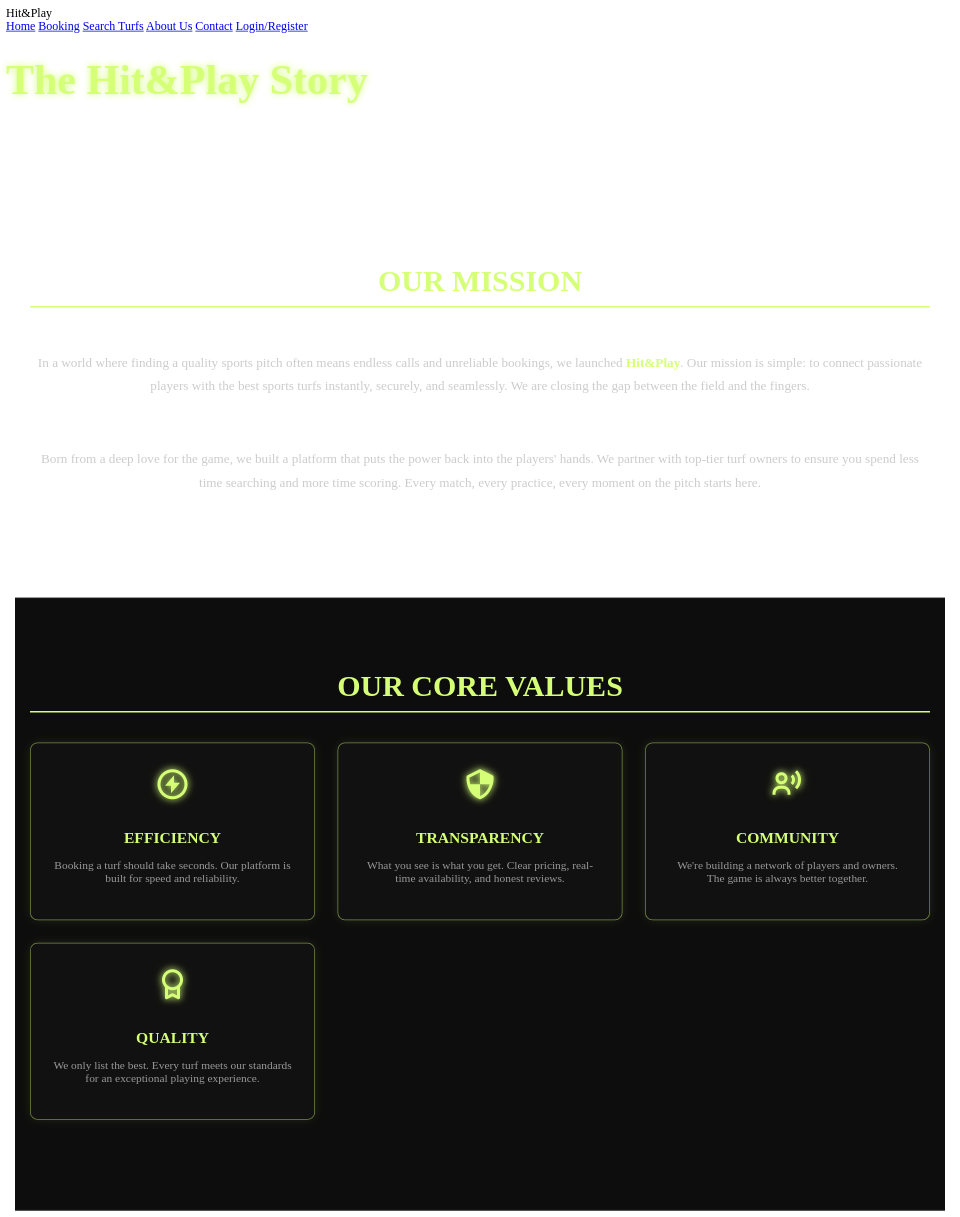
Repository: nilofar-nadaf/TurfBookingSystem
Page: http://localhost/aboutUs
These files come from the project's save history. The page is drawn as it stood at one moment and after the next save; the edit follows.
The browser window is 1280 px wide. The pictures show the whole page, at 75% of full size.
The page is this project's Thymeleaf template; nobody is signed in. The template is opened directly, without the code that normally fills it, so the values that code supplies are empty.

Above is the page before, as saved 2025-10-16 19:36:29.

### CricketTurfBooking/CricketTurfBookingSystem/src/main/resources/templates/aboutUs.html
<!DOCTYPE html>
<html lang="en" xmlns:th="http://www.thymeleaf.org">
<head>
    <meta charset="UTF-8">
    <meta name="viewport" content="width=device-width, initial-scale=1.0">
    <title>About Us - Hit&Play</title>
	<link rel="stylesheet" th:href="@{/css/aboutUs.css}">
    <link href='https://unpkg.com/boxicons@2.1.4/css/boxicons.min.css' rel='stylesheet'>
    <style>
        /*
        * ------------------------------------
        * Specific CSS for the About Us Page
        * ------------------------------------
        */

        /* General page layout adjustments */
        header {
            min-height: 250px; /* Shorter header for the sub-page */
            display: flex;
            flex-direction: column;
        }

        .header-content h1 {
            font-size: 3.5em;
            color: var(--primary-color); /* Neon green for the main title */
            margin-top: 30px;
            margin-bottom: 0;
            text-shadow: 0 0 10px var(--primary-color);
        }

        .about-section {
            padding: 60px 20px;
            max-width: 1200px;
            margin: 0 auto;
            color: var(--text-color);
        }

        .about-section h2 {
            font-size: 2.5rem;
            text-align: center;
            margin-bottom: 40px;
            color: var(--primary-color);
            text-transform: uppercase;
            border-bottom: 2px solid var(--primary-color);
            padding-bottom: 10px;
            display: inline-block;
            width: 100%;
        }

        /* --- Mission & Story Section --- */
        .story-container {
            display: flex;
            flex-direction: column;
            gap: 30px;
            text-align: center;
            margin-bottom: 60px;
        }

        .story-container p {
            font-size: 1.1rem;
            line-height: 1.8;
            color: #ccc;
        }

        .highlight-text {
            color: var(--primary-color);
            font-weight: 600;
        }

        /* --- Values Section --- */
        .values-grid {
            display: grid;
            grid-template-columns: repeat(auto-fit, minmax(280px, 1fr));
            gap: 30px;
            margin-bottom: 60px;
        }

        .value-card {
            background-color: var(--card-bg-color);
            border: 1px solid rgba(212, 255, 118, 0.5);
            border-radius: 10px;
            padding: 30px;
            text-align: center;
            transition: all 0.3s ease;
            box-shadow: 0 0 15px rgba(212, 255, 118, 0.1);
        }

        .value-card:hover {
            transform: translateY(-5px);
            border-color: var(--primary-color);
            box-shadow: 0 0 25px var(--shadow-color);
        }

        .value-card i {
            font-size: 3rem;
            color: var(--primary-color);
            margin-bottom: 15px;
            animation: neonGlow 1.5s ease-in-out infinite alternate;
        }

        .value-card h3 {
            font-size: 1.3rem;
            color: var(--primary-color);
            margin-bottom: 10px;
            text-transform: uppercase;
        }

        .value-card p {
            font-size: 0.95rem;
            color: #999;
        }

        /* Neon Glow Animation for icons */
        @keyframes neonGlow {
            from { text-shadow: 0 0 5px var(--primary-color); }
            to { text-shadow: 0 0 10px var(--primary-color), 0 0 20px rgba(212, 255, 118, 0.5); }
        }



    </style>
</head>
<body>

    <header>
        <nav>
            <div class="logo">Hit<span class="hit">&</span>Play</div>
            <div class="menu">
                <a th:href="@{/home}">Home</a>
                <a href="#">Booking</a>
                <a th:href="@{/searchTurf}">Search Turfs</a>
                <a th:href="@{/aboutUs}" >About Us</a>
                <a th:href="@{/contactUs}">Contact</a>
                <a th:href="@{/login}">Login/Register</a>
            </div>
        </nav>

        <div class="header-content">
            <h1>The Hit&Play Story</h1>
        </div>
    </header>

    <main>

        <section class="about-section">
            <h2>Our Mission</h2>
            <div class="story-container">
                <p>
                    In a world where finding a quality sports pitch often means endless calls and unreliable bookings, we launched <span class="highlight-text">Hit&Play</span>. Our mission is simple: to connect passionate players with the best sports turfs instantly, securely, and seamlessly. We are closing the gap between the field and the fingers.
                </p>
                <p>
                    Born from a deep love for the game, we built a platform that puts the power back into the players' hands. We partner with top-tier turf owners to ensure you spend less time searching and more time scoring. Every match, every practice, every moment on the pitch starts here.
                </p>
            </div>
        </section>

		<section class="about-section dark-bg">
            <h2>Our Core Values</h2>
            <div class="values-grid">

                <div class="value-card">
                    <i class='bx bx-bolt-circle'></i>
                    <h3>Efficiency</h3>
                    <p>Booking a turf should take seconds. Our platform is built for speed and reliability.</p>
                </div>

                <div class="value-card">
                    <i class='bx bx-shield-quarter'></i>
                    <h3>Transparency</h3>
                    <p>What you see is what you get. Clear pricing, real-time availability, and honest reviews.</p>
                </div>

                <div class="value-card">
                    <i class='bx bx-user-voice'></i>
                    <h3>Community</h3>
                    <p>We're building a network of players and owners. The game is always better together.</p>
                </div>

                <div class="value-card">
                    <i class='bx bx-award'></i>
                    <h3>Quality</h3>
                    <p>We only list the best. Every turf meets our standards for an exceptional playing experience.</p>
                </div>

            </div>
        </section>


    </main>

    </body>
</html>

### CricketTurfBooking/CricketTurfBookingSystem/src/main/resources/static/css/aboutUs.css
/* Custom properties based on your Home.css colors */
:root {
    --color-primary-dark: #333; /* Dark text for readability */
    --color-highlight: rgb(212, 255, 118); /* Your 'Hit' color */
    --color-background-light: #f9f9f9; /* Light background for content */
}

:root {
    --primary-color: rgb(212, 255, 118);  /* neon green highlight */
    --text-color: #fff;                   /* main text for dark sections */
    --card-bg-color: #111;                /* card background */
    --shadow-color: rgba(212, 255, 118, 0.5); /* shadow glow */
}


/* 1. Header and Navigation Adjustments */
.about-header {
    /* Set a shorter header height for content pages */
    height: 60vh;
    /* Keep the background style but maybe use a less intense image/gradient */
    background: linear-gradient(rgba(0, 0, 0, 0.7), rgba(0, 0, 0, 0.5));
    background-size: cover;
    background-position: center;
}

/* Highlight the active link in the menu */
.menu .active-link {
    border-bottom: 2px solid var(--color-highlight);
}

/* 2. Main Content Layout */
.about-container {
    max-width: 1100px;
    margin: 0 auto;
    padding: 3rem 1.5rem;
    background-color: #fff;
    font-family: 'Poppins', sans-serif;
}

.section {
    padding: 2rem 0;
}

.section-title {
    color: var(--color-primary-dark);
    font-size: 2.2rem;
    margin-bottom: 2.5rem;
    text-align: center;
    /* Use the highlight color as an underline accent */
    border-bottom: 4px solid var(--color-highlight);
    display: inline-block;
    padding-bottom: 5px;
    margin-left: auto;
    margin-right: auto;
    display: block;
}

.section-text {
    font-size: 1.1rem;
    margin-bottom: 2rem;
    text-align: center;
    max-width: 800px;
    margin-left: auto;
    margin-right: auto;
    color: #555;
}

hr {
    border: 0;
    height: 1px;
    background-color: #ddd;
    margin: 3rem 0;
}

/* 3. Purpose Section Cards */
.purpose-points {
    display: flex;
    justify-content: space-around;
    gap: 20px;
    flex-wrap: wrap;
}

.point-card {
    background-color: var(--color-background-light);
    padding: 25px;
    border-radius: 8px;
    box-shadow: 0 4px 10px rgba(0, 0, 0, 0.05);
    flex-basis: calc(33.33% - 20px);
    text-align: center;
    transition: transform 0.3s ease, box-shadow 0.3s ease;
    border-top: 5px solid var(--color-highlight); /* Accent border */
}

.point-card h3 {
    color: var(--color-primary-dark);
    font-size: 1.4rem;
    margin-bottom: 10px;
}

.point-card:hover {
    transform: translateY(-8px);
    box-shadow: 0 15px 30px rgba(0, 0, 0, 0.15);
}

/* 4. Benefit Section List */
.benefit-section ul {
    list-style: none;
    padding: 0;
    max-width: 700px;
    margin: 2rem auto;
}

.benefit-section li {
    background-color: #f0f0f0; /* Slight gray background */
    padding: 18px 25px;
    margin-bottom: 12px;
    border-radius: 6px;
    border-left: 5px solid var(--color-highlight);
    font-size: 1.05rem;
}
.benefit-section li strong {
    color: var(--color-primary-dark);
}

/* 5. Mission & Vision Section Cards */
.goals-container {
    display: flex;
    justify-content: center;
    gap: 40px;
    flex-wrap: wrap;
}

.goal-card {
    background-color: var(--color-primary-dark); /* Dark card background */
    color: #fff;
    padding: 40px;
    border-radius: 10px;
    box-shadow: 0 5px 15px rgba(0, 0, 0, 0.3);
    flex-basis: 45%;
    min-width: 300px;
    text-align: center;
    transition: transform 0.3s ease;
    border: 1px solid var(--color-highlight);
}

.goal-card:hover {
    transform: scale(1.03);
    box-shadow: 0 8px 20px rgba(212, 255, 118, 0.6); /* Highlight shadow on hover */
}

.card-icon {
    font-size: 3rem;
    margin-bottom: 15px;
    color: var(--color-highlight); /* Use your signature green */
}

.goal-card h3 {
    font-size: 1.6rem;
    margin-bottom: 10px;
    color: var(--color-highlight);
}

/* 6. Simple Footer */
.main-footer {
    background-color: #333; /* Matches your dark style */
    color: #fff;
    text-align: center;
    padding: 1.5rem 0;
    margin-top: 3rem;
    font-size: 0.9rem;
}

/* === Responsive Adjustments === */
@media (max-width: 992px) {
    .purpose-points, .goals-container {
        flex-direction: column;
        align-items: center;
    }

    .point-card, .goal-card {
        flex-basis: 90%;
        max-width: 500px;
        margin-bottom: 20px;
    }
}

.about-section.dark-bg {
    background-color: #0d0d0d;
    border-top: 1px solid #222;
    border-bottom: 1px solid #222;
}

After the next save:
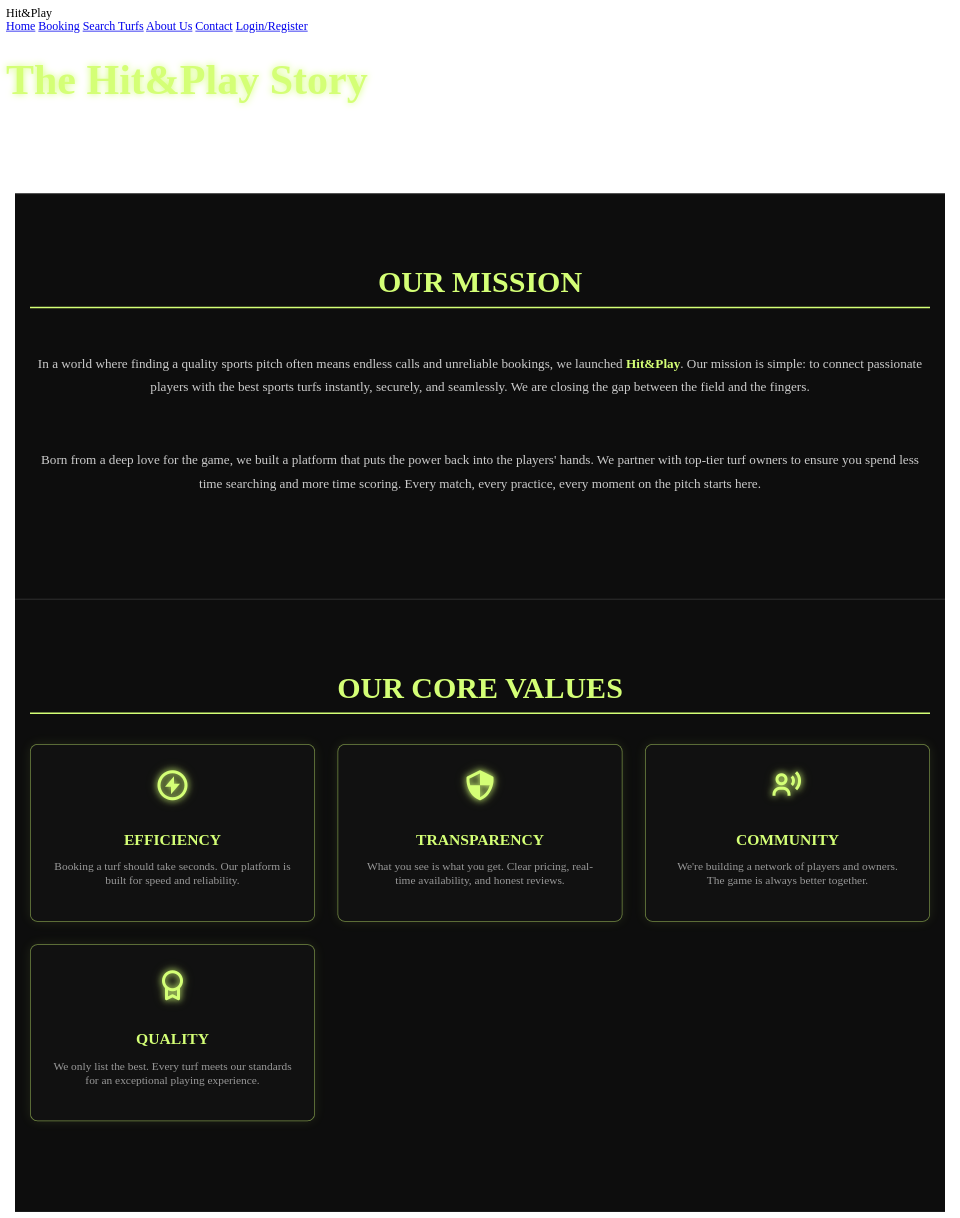
Saved 2 min 46 s later.
--- a/CricketTurfBooking/CricketTurfBookingSystem/src/main/resources/templates/aboutUs.html
+++ b/CricketTurfBooking/CricketTurfBookingSystem/src/main/resources/templates/aboutUs.html
@@ -142,7 +142,7 @@
 
     <main>
 
-        <section class="about-section">
+		<section class="about-section dark-bg">
             <h2>Our Mission</h2>
             <div class="story-container">
                 <p>
